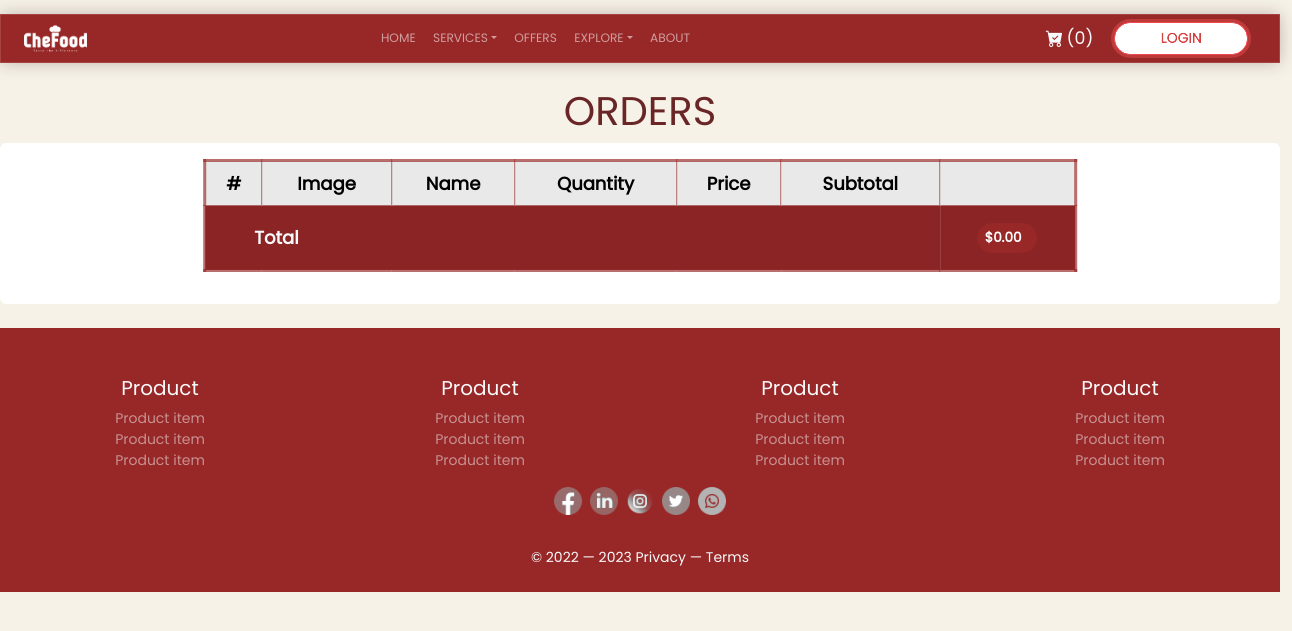
Repository: qamchamine/chefood
Page: /cart (app in front-end/)
These files come from the project's save history. The page is drawn as it stood at one moment and after a run of saves; the edit follows.
The browser window is 1280 px wide. The page is 1292 px wide, so the pictures cover 1292 px, including what lies to the right of the window. The pictures show the whole page.
The project was rebuilt for these pictures with package versions that can differ from the ones it lists, and the page was loaded fresh each time. Some packages were replaced by stand-ins written for this rebuild. Also part of the build but not shown: front-end/src/css/products.css, front-end/src/components/small_components/ProductCard.jsx, front-end/src/components/small_components/AddProduct.jsx, front-end/src/components/pages/sub-pages/Products.jsx, front-end/src/components/small_components/ButtonMain.jsx, front-end/src/components/small_components/HomeCard.jsx, front-end/src/components/small_components/HomeCardFullSection.jsx, front-end/src/components/pages/Home.jsx and 33 more. Imported but missing from the stored project, and not drawn on this page: front-end/src/sounds/applause.mp3, front-end/src/sounds/wheel.mp3.

Above is the page before, as saved 2023-06-25 20:35:21.

### front-end/public/index.html
<!DOCTYPE html>
<html lang="en">
  <head>
    <meta charset="utf-8" />
    <link rel="icon" href="%PUBLIC_URL%/favicon.ico" />
    <meta name="viewport" content="width=device-width, initial-scale=1" />
    <meta name="theme-color" content="#000000" />
    <meta
      name="description"
      content="Web site created using create-react-app"
    />
    <link
    rel="stylesheet"
    href="https://fonts.googleapis.com/css?family=Roboto:400,700"
  />
  <link rel="stylesheet" href="https://cdn.jsdelivr.net/npm/bootstrap-icons@1.10.5/font/bootstrap-icons.css">

    <link rel="apple-touch-icon" href="%PUBLIC_URL%/logo192.png" />
    <link rel="manifest" href="%PUBLIC_URL%/manifest.json" />

    <link rel="stylesheet" href="https://fonts.googleapis.com/icon?family=Material+Icons">

    <link rel="stylesheet" href="https://maxcdn.bootstrapcdn.com/font-awesome/4.7.0/css/font-awesome.min.css">
    <script src="https://code.jquery.com/jquery-3.5.1.min.js"></script>
    <script src="https://cdn.jsdelivr.net/npm/popper.js@1.16.0/dist/umd/popper.min.js"></script>




    <title>React App</title>
  </head>
  <body>

    <div id="root"></div>
<!--     <script src="jquery/jquery-3.6.0.js"></script>  -->
    <script src="https://unpkg.com/sweetalert/dist/sweetalert.min.js"></script>

  </body>
</html>

### front-end/src/config/ShoppingContext.jsx

  import React, { createContext, useState, useEffect } from 'react';
  import Swal from 'sweetalert2'
  import axios from 'axios';

   const ShoppingContext = createContext();

const ShoppingProvider = ({ children }) => {
/*     const [orders,setOrders] = useState([])
     */

/*       function removeFromCart(item){
        setCartItems(cartItems.filter(product => product.id !== item.id));
        Swal.fire({
          position: 'top-end',
          icon: 'success',
          title: 'Your item has been removed',
          showConfirmButton: false,
          timer: 1500
        });
      } */

      return (
    <ShoppingContext.Provider value={
        { /* orders,setOrders */
          /* products,  cartItems, removeFromCart */
        }
      }>      {children}
    </ShoppingContext.Provider>
  );
};
export { ShoppingContext, ShoppingProvider }

### front-end/src/components/Footer.jsx
import React, { useEffect } from 'react'

import Facebook from '../images/icons/facebook.png'
import Linkedin from '../images/icons/linkedin.png'
import Instagram from '../images/icons/instagram.png'
import Twitter from '../images/icons/twitter.png'
import Whatsapp from '../images/icons/whatsapp.png'
import './../css/nav-footer.css';
export default function Footer() {

    return (
        <div className='footer container-fluid' style={{ background: '#982727' }}>
            <footer className=' py-2 pt-5 d-grid text-light'>
                <div className='row justify-content-around text-center '>
                    <div className='d-grid col-6 col-sm-12 col-md-6 col-lg-4 col-xl-3'>
                        <h5>Product</h5>
                        <a className='text-decoration-none text-light opacity-50' href="">Product item</a>
                        <a className='text-decoration-none text-light opacity-50' href="">Product item</a>
                        <a className='text-decoration-none text-light opacity-50' href="">Product item</a>
                    </div>
                    <div className='d-grid col-6 col-sm-12 col-md-6 col-lg-4 col-xl-3'>
                        <h5>Product</h5>
                        <a className='text-decoration-none text-light opacity-50' href="">Product item</a>
                        <a className='text-decoration-none text-light opacity-50' href="">Product item</a>
                        <a className='text-decoration-none text-light opacity-50' href="">Product item</a>
                    </div>
                    <div className='d-grid col-6 col-sm-12 col-md-6 col-lg-4 col-xl-3'>
                        <h5>Product</h5>
                        <a className='text-decoration-none text-light opacity-50' href="">Product item</a>
                        <a className='text-decoration-none text-light opacity-50' href="">Product item</a>
                        <a className='text-decoration-none text-light opacity-50' href="">Product item</a>
                    </div>
                    <div className='d-grid col-6 col-sm-12 col-md-6 col-lg-4 col-xl-3'>
                        <h5>Product</h5>
                        <a className='text-decoration-none text-light opacity-50' href="">Product item</a>
                        <a className='text-decoration-none text-light opacity-50' href="">Product item</a>
                        <a className='text-decoration-none text-light opacity-50' href="">Product item</a>
                    </div>
                </div>
                <div className='footer-icons row justify-content-center py-3 '>
                    <div className='d-flex gap-2 justify-content-center'>
                        <a href=""> <img src={Facebook} className='footer-icon' alt="" /> </a>
                        <a href=""> <img src={Linkedin} className='footer-icon' alt="" /> </a>
                        <a href=""> <img src={Instagram} className='footer-icon' alt="" /> </a>
                        <a href=""> <img src={Twitter} className='footer-icon' alt="" /> </a>
                        <a href=""> <img src={Whatsapp} className='footer-icon' alt="" /> </a>

                    </div>
                </div>
                <div className='row justify-content-center py-3'>
                    © 2022 — 2023 Privacy — Terms
                </div>
            </footer>
        </div>

    )
}

### front-end/src/components/small_components/shopping/Cart.jsx
import React,{useContext ,useEffect, useState} from 'react';
import axios from 'axios';
import '../../../css/cart.css'
import { ShoppingContext } from '../../../config/ShoppingContext';
import { LoginContext } from '../../../config/LoginContext';
import { getProd } from '../../pages/sub-pages/Products';
export default function Cart() {
    const {orders, setOrders} = useContext(LoginContext);
    const {prod, setProd} = useContext(LoginContext);
    const {userData, setUserData} = useContext(LoginContext);
    const {isLoggedIn} = useContext(LoginContext);
    const {loading, setLoading} = useContext(LoginContext);
    const [userOrders, setUserOrders] = useState([]);

/* useEffect(() => {
  setUserOrders(orders.filter(el=>el.user_id === 1))

  console.log(userOrders);
},[]); */

    return (
        <div className="row my-4 cart-page ">
            <h1 className='text-center fs-54'>Orders</h1>
            <div className="col-md-12">
                <div className="card">
                    <div className="card-body">
                        <table className="table table-light ajouterPanierTable table-bordered">
                            <thead>
                                <tr>
                                    <th >#</th>
                                    <th >Image</th>
                                    <th >Name</th>
                                    <th >Quantity</th>
                                    <th >Price</th>
                                    <th>Subtotal</th>
                                    <th ></th>
                                </tr>
                            </thead>
                            <tbody>
                            { isLoggedIn?orders.map((item,i) => (
                                    <tr key={item.id}>

                                        <th scope="row">{i+1}</th>
                                        <td>
                {/*                             <img src={require(`../../../images/products/${prod.find(el=>el.id==item.product_id).category} (${prod.find((el,i)=>el.id===item.product_id).img}).png`)} alt={item.product_name}
                                                className="img-fluid rounded"
                                                width={60} height={60} /> */}
                                        </td>
                                        <td>{item.product_name}</td>
                                        <td>

                                            <b className="mx-2">
                                                {item.product_quantity}
                                            </b>

                                        </td>
                                        <td>{prod.find((el,i)=>el.id===item.product_id).price} <b>MAD</b> </td>
                                       <td>{(item.product_quantity * prod.find((el,i)=>el.id===item.product_id).price).toFixed(2)} MAD</td>
                                        <td>
                                            <i
                                                className="bi bi-cart-x text-danger"
                                                style={{cursor: 'pointer'}}
                                          /*       onClick={() => removeFromCart(item)} */
                                            ></i>
                                        </td>
                                    </tr>
                                )): ''
                            }
                            <tr className='cart-footer'>
                                <th  colSpan={6} className="text-start ps-5 text-light" style={{background:'#982727'}}>
                                    Total
                                </th>
                                <th style={{background:'#982727'}} colSpan={1} className=" py-3 text-light">
                                    <span style={{background:'#982727'}} className="badge text-center p-2 rounded-pill pe-3"
                                    >
                                        $
                                        {
                                            orders.reduce((acc,item) => acc += item.product_quantity * prod.find((el,i)=>el.id===item.product_id).price,0).toFixed(2)
                                        }
                                    </span>
                                </th>
                            </tr>
                            </tbody>
                        </table>
                    </div>
                </div>
            </div>
        </div>
    )
}

### front-end/src/css/home.css
.homeBG {
    height: fit-content;
    position: relative;
    right: -10%;
    top: 34%;
    z-index: -1;
    width: 100em !important;


}
@font-face {
    font-family: 'poppin';
    src: url('../fonts/Poppins/Poppins-Regular.ttf') ;
    font-weight: normal;
    font-style: normal;
  }
body {
    font-family:'poppin', sans-serif !important;
    background-color: #F7F2E7 !important;
    max-width: 100vw;
    font-weight: normal !important;
    overflow-x: hidden;
    font-size: 14px !important;
}

body::-webkit-scrollbar {
    width: 0;
}

.nb {
/*     position: fixed; */
/*     top: 1em; */
    background-color: #982727 !important;
    box-shadow: 0 0px 20px #1f020241;
    border: 1px solid #ffffff22;
}

.navbar {
    background-color: #982727 !important;
}

.changeColor {
    background-color: blue !important;
}

.signUP {
    background: white !important;
    color: #982727 !important;
    font-weight: bold !important;
    outline: 5px solid #982727ab;
    outline-offset: -2px;
    transition: 500ms ease;


}

.homeContent {
    height: 90vh;
    z-index: 0;
    margin-top: -1.5em !important;
}

.homeContent h1 {
    color: #F7F2E7;
    text-align: start;
width: 40vw !important;
}

.homeContent h1 span {
    position: relative;
    display: inline-block;
    margin-bottom: 10px;
    padding: 4px 20px 8px;
    transition: 1s ease;
}

.homeContent h1 span::before {
    content: '';
    position: absolute;
    background: #982727;
    left: 0;
    top: 0;
    z-index: -1;
    width: 100%;
    height: 100%;
    transform: skew(-10deg);
}

.homeContent h1 span:last-child::before {
    transform: skew(10deg);
}

.homeContent p {
    width: 72%;
    color: #982727;
    text-align: left;
}

.homeContent .homeMainButtons {
    width: 72%;
}

.cardBtn {
    transition: 1s ease;
}

.cardBtn:hover {
    filter: brightness(130%);

}

.cardBtn i {
    left: 63%;
    transition: 300ms ease;
}

.cardBtn:hover i {
    left: 75%;
}

.btnMain:hover {
    filter: brightness(130%);
}

.card-img-top {
    object-fit: cover;
}

.signUP:hover {

    background: #982727 !important;
    color: white !important;
    font-weight: bold !important;
    outline: 5px solid #ffffff55;
    outline-offset: -4px;
}

.cardsGroup:not(:first-child) {
    translate: 50% 0;
}

.arrow-1-1 {
    position: absolute;
    top: 50%;
    left: 0;
}

.home .carousel-control-prev-icon,
.home .carousel-control-next-icon {

    width: 1.3em;
    height: 1.3em;
    color:black !important;

    outline: 12px solid #982929;
    outline-offset: -1px;
    background-color: #982929;
    background-size: 100%, 100%;
    border-radius: 50%;
    box-shadow: 0 0 10px black;
}

.home .carousel-control-prev,
.home .carousel-control-next {
    z-index: 10;
    width: 4em !important;
/*     background: red; */

}

/* .py-4 {
    padding-top: 0rem !important;
    padding-bottom: 0rem !important;
} */

.nb{
    zoom:87%;
}

### front-end/src/css/delivery.css
.price {
    background: #982727;
    color: white;
    text-align: center;
    padding-block: 1em;
    border-radius: .5em;
}

.delivery-page .card {
    transition: 300ms ease;
    user-select: none;
}

.delivery-page .card ul {
    list-style-type: none;
}

.delivery-page .card:hover {
    filter: contrast(120%);
    cursor: pointer;
    outline: .3em solid #982727;
    box-shadow: 0 .4em 0px .3em #982727 !important;
}

.delivery-page {
    height: fit-content;
    display: flex;
    align-items: center;
    margin-top: 8em !important;
}
.scroll-bar-activated::-webkit-scrollbar {
    display: block !important;
    background: rgba(255, 0, 0, 0) !important;
    width: 1em !important;
}
.scroll-bar-activated{
    overflow: overlay !important;

}
.scroll-bar-activated::-webkit-scrollbar-thumb {
    display: block !important;
    background: linear-gradient(to bottom,transparent 0% 23%,#982727 20% 70%,transparent 50% 100%) !important;
    z-index: 10000000 !important;
    width: 10px !important;
}

.delivery-page>div {
    height: fit-content;
    position: relative;

}

.delivery-page>div:last-child h5 img {
    height: 11em;
}

h1.section-2{
    margin-top: 4em ;
}
.cards2{
    margin-bottom: 5em ;
}
h1{
    text-transform: uppercase;
    color: #6a2626;;
}

### front-end/src/css/cart.css
.ajouterPanierTable td{
    font-size: .9em;
    width: fit-content !important;
    text-align: center;
}
.ajouterPanierTable th{
    width: fit-content !important;
    text-align: center;
    background: rgba(0, 0, 0, 0.088) !important;
}
.ajouterPanierTable .cart-footer{
    background: #982727 !important;
    vertical-align: middle !important;
}

.ajouterPanierTable {
width: 70% !important;
position: relative;
left: 50%;
translate: -50% 0;
border: .2em solid #982727aa !important;
}
.cart-page .card {
    box-shadow:none;
}

### front-end/src/css/Reviews.css
.Reviews-color
{
  color : #982727;
  text-transform: uppercase;
  letter-spacing: 0.5em;
}
.Reviews-paragraph
{
  font-size: 0.8em;
}
.parent-card{
    margin-top:50px !important;
}
.card
{
    border: none !important;
    box-shadow: 0 4px 8px 0 rgba(0, 0, 0, 0.2), 0 6px 20px 0 rgba(0, 0, 0, 0.19);
}
.user-name
{
    color : #000D7E;
}
.description
{
    color: #982727;
    font-size: 0.75em;
}
.comment{
    margin:5px;
    font-size:0.55em;
}
.reviewCardImage{
    margin-top:16px;
}
.reviewCard:hover .reviewCardImage{
    scale:1.2;
    margin-inline:.3em;
}
.reviewCard:hover .reviewCardImage{
    transition:300ms ease;
}
.reviewCard:hover .hoverstar{
    scale:1.2;
    margin-inline:.3em;
}
.reviewCard .hoverstar{
    transition:300ms ease;
}
.reviewCardImage{
    width:40%;
    transition:300ms ease;
}

.reviewCard strong{
    left:50%;
    translate:-50% 0;
    width:100%;
    bottom:.9em;
}

.the-bottom-page{
    margin-top:25px;
    position: absolute;
    left: auto;
    right: 0;
}

@media (max-width: 1200px) { /* Extra large devices (large desktops, 1200px and up) */
    .card {
      width: 100%;
    }
    .col-4 {
      width: 33.33333333%;
    }
    strong img{
        width: 19px;
    }
  }
  @media (max-width: 1118px) { /* Large devices (desktops, 992px and up) */
    .card {
      width: 100%;
    }
    .col-4 {
        width: 33.33333333%;
    }
    strong img{
        width: 16px;
    }
  }
  @media (max-width: 992px) { /* Medium devices (tablets, 768px and up) */
    .card {
        width: 140%;
    }
  }
  @media (max-width: 770px) { /* Medium devices (tablets, 768px and up) */
    .card {
        width: 95%;
    }
    .col-4 {
        width: 25% !important;
    }
    .parent-card
    {
        --bs-gutter-x: 0.5rem;
        display: grid !important;
        grid-template-columns: repeat(2, 1fr);
    }
    .col-4 {
        margin-top:10px !important;
        width: 60% !important;
    }
  }
  @media (max-width: 716px) { /* Small devices (landscape phones, 576px and up) */

    .card {
        width: 95%;
    }
        strong img{
        width: 16px;
    }
  }
  @media only screen and (max-width: 576px){ /* Small devices (landscape phones, 576px and up) */

    .card {
        width: 95%;
    }
    .col-md-2 {
        flex: 0 0 16.666667%;
        max-width: 16.666667%;
    }
    strong img{
        width: 16px;
    }
  }

  @media only screen and (max-width: 528px){ /* Small devices (landscape phones, 576px and up) */

    .card {
        width: 70%;
        margin-left:30px;
    }
    .parent-card
    {
        --bs-gutter-x: 0.5rem;
        display: grid !important;
        grid-template-columns: repeat(1, 1fr);
    }
    .col-md-2 {
        flex: 0 0 16.666667%;
        max-width: 16.666667%;
    }
    strong img{
        width: 16px;
    }
  }

  @media only screen and (max-width: 365px){ /* Small devices (landscape phones, 576px and up) */

    .card {
        width: 80%;
        margin-left:20px;
    }
    .parent-card
    {
        --bs-gutter-x: 0.5rem;
        display: grid !important;
        grid-template-columns: repeat(1, 1fr);
    }
    .col-md-2 {
        flex: 0 0 16.666667%;
        max-width: 16.666667%;
    }
    strong img{
        width: 16px;
    }
  }

### front-end/src/css/location.css
@import url('https://fonts.googleapis.com/css2?family=Roboto:wght@100&display=swap');

.location-color
{
  color : #982727;
  text-transform: uppercase;
  letter-spacing: 0.3em;
}
.where-restorant
{
    width: 459px;
    margin:auto;
}
.restorant-location-title{
    font-family: 'Century Gothic';
    font-size:32px;
    font-weight:400;
}
.restorant-location-line{
    background:#B12222;
    height: 3px;
    width: 450px;
    display: inline-block;
    margin: 15px auto;
}
.restorant-location-p
{
    color:#000000 75%;
    font-size: 15px;
    font-weight: 400;
    font-family: 'Roboto', sans-serif;
}
.main-location{
    display: grid !important;
    grid-template-columns: repeat(2, 1fr);
    flex-direction: column;
    justify-content: center;
    align-items: center;
    text-align:center;
}
.restorant-location-btn{
    background-color: #B12222;
    border: none;
    width: 300px;
    height: 40px;
    border-radius: 15px;
    color: #fff;
}
.restorant-location-btn:hover{
    background-color: #fff;
    border: 2px solid #B12222;
    border-radius: 15px;
    color: #B12222;
}
.location-icon{
    margin-right: 15px;
}


  @media (max-width: 1123px) { /* Extra large devices (large desktops, 1200px and up) */
    .earth-image img{
        width: 450px;
    }
  }
  @media (max-width: 992px) { /* Medium devices (tablets, 768px and up) */
    .earth-image img{
        width: 400px;
    }
    .where-restorant {
        width: 400px;
        margin: auto;
    }
    .restorant-location-line{
        width: 350px;
        display: inline-block;
    }
  }
  @media (max-width: 868px) { /* Medium devices (tablets, 768px and up) */

    .earth-image img{
        width: 380px;
    }
    .where-restorant {
        width: 380px;
        margin: auto;
    }
    .restorant-location-line{
        width: 320px;
        display: inline-block;
    }
    .restorant-location-p{
        font-size: 13px;
    }
    .restorant-location-title{
        font-size:28px;
    }

  }
  @media (max-width: 783px) { /* Small devices (landscape phones, 576px and up) */
    .earth-image img{
        margin-top: 30px;
        width: 380px;
    }
    .where-restorant {
        width: 380px;
        margin: auto;
    }
    .restorant-location-line{
        width: 320px;
        display: inline-block;
    }
    .restorant-location-p{
        font-size: 15px;
    }
    .restorant-location-title{
        font-size:32px;
    }
    .main-location{
        display: grid !important;
        grid-template-columns: repeat(1, 1fr);
        justify-items: center;
        text-align:center;
    }
  }
  @media(max-width: 401px){ /* Small devices (landscape phones, 576px and up) */
    .earth-image img{
        width: 330px;
        margin-top: 30px;
    }
    .where-restorant {
        width: 330px;
        margin: auto;
    }
    .restorant-location-line{
        width: 320px;
        display: inline-block;
    }
    .restorant-location-p{
        font-size: 13px;
    }
    .restorant-location-title{
        font-size:28px;
    }
    .main-location{
        display: grid !important;
        grid-template-columns: repeat(1, 1fr);
        justify-items: center;
        text-align:center;
    }
  }

### front-end/src/css/Timer.css

@import url(https://fonts.googleapis.com/css?family=Titillium+Web:400,200,200italic,300,300italic,900,700italic,700,600italic,600,400italic);

/* .timer {
  font-family: 'Titillium Web', cursive;
  width: 800px;
  margin: 0 auto;
  text-align: center;
  color: white;
  background: #222;
  font-weight: 100;
} */

.timer {
  display: inline-flex;
  line-height: 1;
  padding: 20px;
  font-size: 40px;
  font-family: 'Times New Roman', cursive;


}
.timerD{
    border-radius: 2px;
    padding: 5px;
    font-size: 10px;
    border: 70px rgb(131, 55, 55);
    box-shadow:2px 2px 4px rgba(0, 0, 0, 0.4), 4px 4px 8px rgba(0, 0, 0, 0.2);
}

.Stime {
  display: block;
  font-size: 20px;
  color: rgb(206, 178, 19);

}

#days {
  font-size: 80px;
  color: rgb(92, 25, 5);
  background-color:rgb(230, 230, 234);

  margin: 15px;
}
#hours {
  font-size: 80px;
  color: rgb(92, 25, 5);
  background-color:rgb(230, 230, 234);
  margin: 15px;
}
#minutes {
  font-size: 80px;

  color: rgb(92, 25, 5);
  background-color:rgb(230, 230, 234);
  margin: 15px;
}
#seconds {
  font-size: 80px;
  color: rgb(92, 25, 5);
  background-color:rgb(230, 230, 234);
  margin: 15px;
}

Loaded but not shown: front-end/src/index.css (common file); front-end/src/config/LoginContext.js (93 lines, source omitted); front-end/src/App.js (42 lines, source omitted); front-end/src/index.js (24 lines, source omitted); front-end/src/css/reservation.css (400 lines, source omitted); front-end/src/components/Navbar.jsx (179 lines, source omitted); front-end/src/css/nav-footer.css (258 lines, source omitted); front-end/src/css/contactus.css (178 lines, source omitted)

After the next 2 saves:
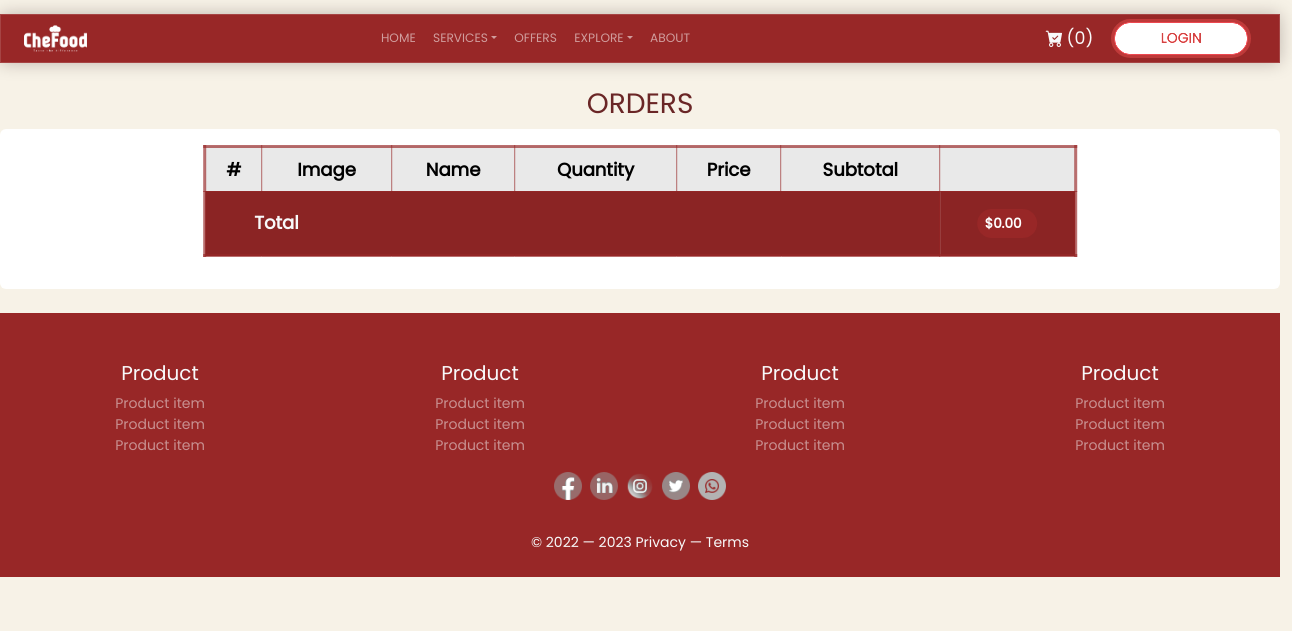
The 2 saves are shown as one change because they came seconds apart.
The last was saved 8 s later.
--- a/front-end/src/components/small_components/shopping/Cart.jsx
+++ b/front-end/src/components/small_components/shopping/Cart.jsx
@@ -20,7 +20,7 @@ export default function Cart() {
 
     return (
         <div className="row my-4 cart-page ">
-            <h1 className='text-center fs-54'>Orders</h1>
+            <h1 className='text-center fs-3'>Orders</h1>
             <div className="col-md-12">
                 <div className="card">
                     <div className="card-body">
